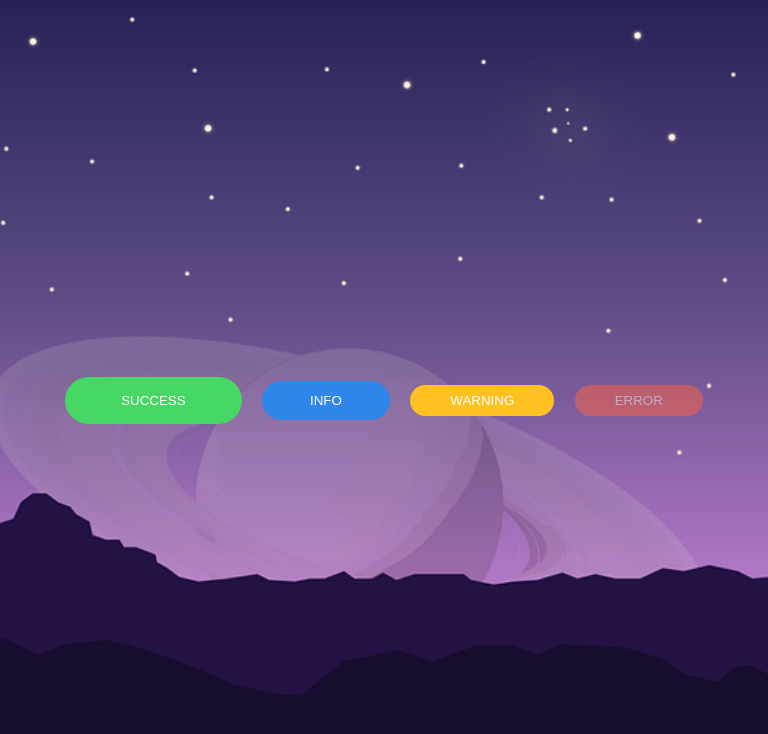
Repository: hoangtranduchai/toast-message
Page: index.html
These files come from the project's save history. The page is drawn as it stood at one moment and after the next save; the edit follows.
The browser window is 768 px wide. The pictures show the whole page.
Some web libraries are served in a nearby version.

Above is the page before, as saved 2021-08-18 16:49:31.

### index.html
<!DOCTYPE html>
<html lang="en">
<head>
    <meta charset="UTF-8">
    <meta http-equiv="X-UA-Compatible" content="IE=edge">
    <meta name="viewport" content="width=device-width, initial-scale=1.0">
    <title>Button & Toast</title>
    <link rel="stylesheet" href="./assets/css/style.css">
    <link rel="stylesheet" href="./assets/css/responsive.css">
    <link rel="stylesheet" href="https://pro.fontawesome.com/releases/v5.10.0/css/all.css" integrity="sha384-AYmEC3Yw5cVb3ZcuHtOA93w35dYTsvhLPVnYs9eStHfGJvOvKxVfELGroGkvsg+p" crossorigin="anonymous"/>
</head>
<body>
    <div id="main">
        <div id="toast"></div>
        <!-- Begin: Button -->
        <button onclick="showSuccessToast();" class="btn btn--success btn--size-l">Success</button>
        <button onclick="showInfoToast();" class="btn btn--info">Info</button>
        <button onclick="showWarningToast();" class="btn btn--warn btn-size-s">Warning</button>
        <button class="btn btn--error btn--disabled btn-size-s">Error</button>

        <!-- End: Button -->

    </div>

    <script>
        // Toast function
        function toast({
            title = "",
            message = "",
            type = "info",
            duration = 3000
        }) {
            const main = document.getElementById("toast");
            if (main) {
                const toast = document.createElement("div");

                // Auto remove toast
                const autoRemoveId = setTimeout(function () {
                    main.removeChild(toast);
                }, duration + 1000);

                // Remove toast when clicked
                toast.onclick = function (e) {
                if (e.target.closest(".toast__close")) {
                    main.removeChild(toast);
                    clearTimeout(autoRemoveId);
                }
                };

                const icons = {
                    success: "fas fa-check-circle",
                    info: "fas fa-info-circle",
                    warning: "fas fa-exclamation-circle"
                };
                const icon = icons[type];
                const delay = (duration / 1000).toFixed(2);

                toast.classList.add("toast", `toast--${type}`);
                toast.style.animation = `slideInLeft ease .4s, faceOut linear 1s ${delay}s forwards`;

                toast.innerHTML = `
                    <div class="toast__icon">
                        <i class="${icon}"></i>
                    </div>
                    <div class="toast__body">
                        <h3 class="toast__title">${title}</h3>
                        <p class="toast__msg">${message}</p>
                    </div>
                    <div class="toast__close">
                        <i class="fas fa-times"></i>
                    </div>
                `;
                main.appendChild(toast);
            }
        }

        function showSuccessToast() {
            toast({
                title: 'Success',
                message: 'Lorem ipsum dolor, sit amet consectetur adipisicing elit.',
                type: 'success',
                duration: 5000
            })
        }

        function showInfoToast() {
            toast({
                title: 'Info',
                message: 'Lorem ipsum dolor, sit amet consectetur adipisicing elit.',
                type: 'info',
                duration: 5000
            })
        }

        function showWarningToast() {
            toast({
                title: 'Warning',
                message: 'Lorem ipsum dolor, sit amet consectetur adipisicing elit.',
                type: 'warning',
                duration: 5000
            })
        }
    </script>
</body>
</html>

### assets/css/style.css
* {
  padding: 0;
  margin: 0;
  box-sizing: border-box;
}

body {
  height: 100vh;
  display: flex;
  flex-direction: row;
  font-family: "Helvetica Neue";
  background: url('../img/background/background1.jpg') 100% center / cover no-repeat;
}

body > div {
  margin: auto;
}

/* Button */
.btn {
  display: inline-block;
  text-decoration: none;
  border: none;
  background: transparent;
  outline: none;
  color: #fff;
  text-transform: uppercase;
  padding: 12px 48px;
  border-radius: 50px;
  cursor: pointer;
  min-width: 120px;
  transition: opacity .2s ease;
}

.btn:hover {
  opacity: 0.8;
}

.btn + .btn {
  margin-left: 16px;
}

.btn--success {
  background: #47d764;
}

.btn--info {
  background: #2f86eb;
}

.btn--warn {
  background: #ffc021;
}

.btn--error {
  background: #ff623d;
}

.btn--disabled {
  opacity: .5 !important;
  cursor: default;
}

.btn--size-l {
  padding: 16px 56px;
}

.btn-size-s {
  padding: 8px 40px;
}


/* Toast */
#toast {
  position: fixed;
  top: 32px;
  right: 32px;
  z-index: 999999;
}

.toast {
  display: flex;
  align-items: center;
  background: #fff;
  border-radius: 4px;
  padding: 20px 0;
  min-width: 400px;
  max-width: 450px;
  border-left: 4px solid;
  box-shadow: 0 5px 8px rgba(0, 0, 0, 0.08);
  transition: all linear 0.4s;
}

@keyframes slideInLeft {
  from {
    opacity: 0;
    transform: translateX(calc(100% + 32px));
  }
  to {
    opacity: 1;
    transform: translateX(0);
  }
}

@keyframes faceOut {
  to {
    opacity: 0;
  }
}

.toast--success {
  border-color: #47d764;
}

.toast--success .toast__icon {
  color: #47d764;
}

.toast--info {
  border-color: #2f86eb;
}

.toast--info .toast__icon {
  color: #2f86eb;
}

.toast--warning {
  border-color: #ffc021;
}

.toast--warning .toast__icon {
  color: #ffc021;
}

.toast + .toast {
  margin-top: 24px;
}

.toast__icon {
  font-size: 24px;
}

.toast__icon,
.toast__close {
  padding: 0 16px;
}

.toast__body {
  flex-grow: 1;
}

.toast__title {
  font-size: 16px;
  font-weight: 600;
  color: #333;
}

.toast__mess {
  font-size: 14px;
  color: #888;
  margin-top: 6px;
  line-height: 1.5;
}

.toast__close {
  font-size: 24px;
  color: rgba(0, 0, 0, 0.3);
  cursor: pointer;
}

.toast__close:hover {
  opacity: 0.6;
}

### assets/css/responsive.css
/* PC */
@media (min-width: 64em) {

}

/* PC & Tablet */
@media (min-width: 46.25em) {

}

/* Tablet */
@media (min-width: 46.25em) and (max-width: 63.9375em) {

}

/* Tablet & Mobile */
@media (max-width: 63.9375em) {

}

/* Mobile */
@media (max-width: 46.1875em) {

}

After the next save:
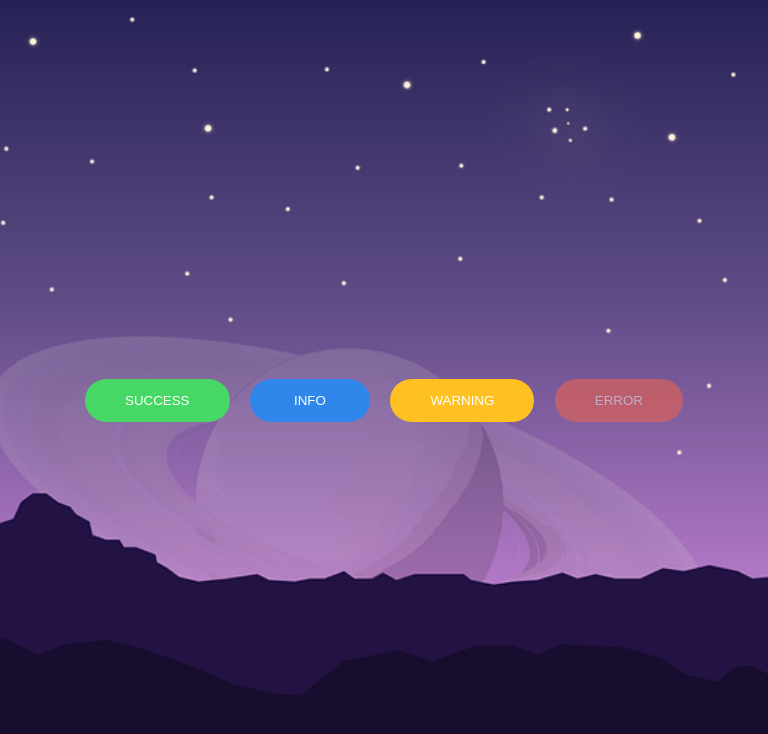
Saved 2 min 33 s later.
--- a/assets/css/responsive.css
+++ b/assets/css/responsive.css
@@ -15,7 +15,9 @@
 
 /* Tablet & Mobile */
 @media (max-width: 63.9375em) {
-
+    .btn {
+        padding: 14px 40px;
+    }
 }
 
 /* Mobile */

After the save that followed:
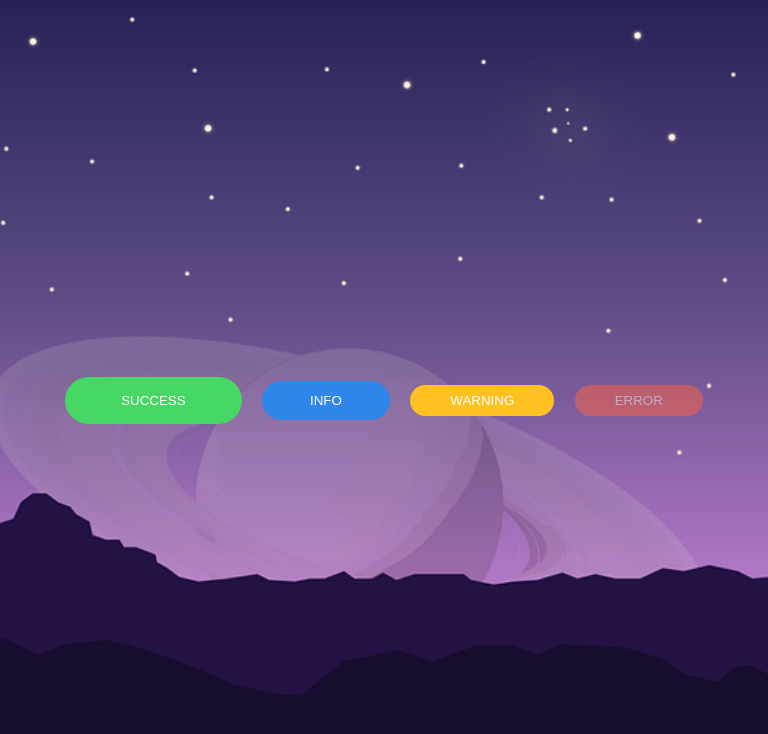
Saved 70 s later.
--- a/assets/css/responsive.css
+++ b/assets/css/responsive.css
@@ -16,7 +16,7 @@
 /* Tablet & Mobile */
 @media (max-width: 63.9375em) {
     .btn {
-        padding: 14px 40px;
+        /* padding: 14px 40px; */
     }
 }
 
